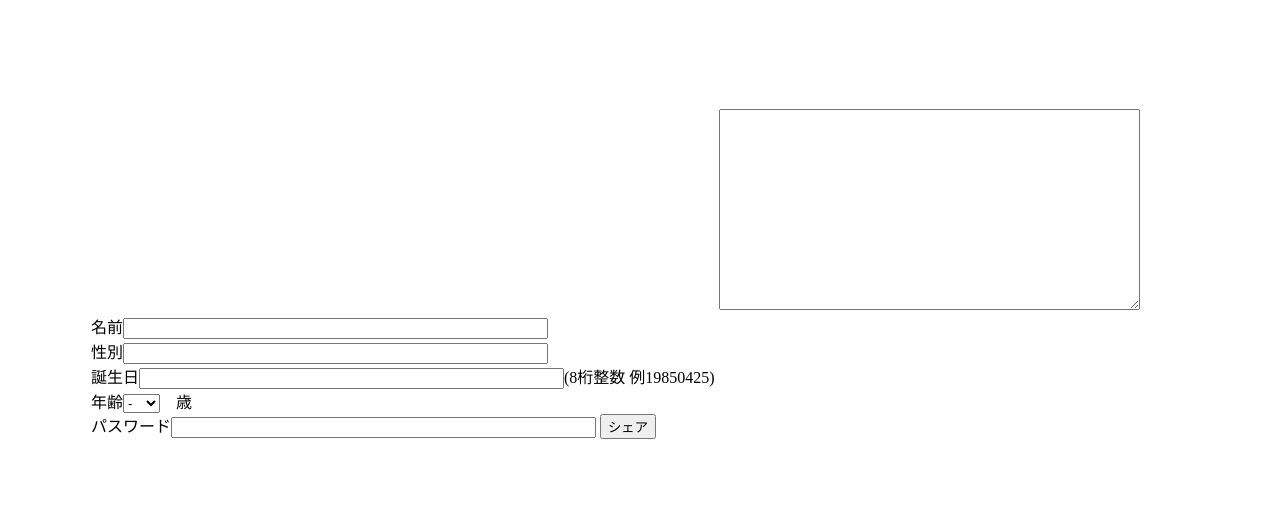
Repository: NaokiSugawara425/poristagram
Page: http://localhost/poristagram/jsp/MypageUpload.jsp
The author's editor kept a copy of each file at every save. The page is drawn from the files as they stood at one save, then again after the next save.
The browser window is 1280 px wide. The pictures show the whole page.
The page is served by Tomcat 9. Other server files are loaded and not shown. The template is opened directly, without the code that normally fills it, so the values that code supplies are empty.

Above is the page before, as saved 2020-06-29 07:50:26.

### webwork/poristagram/WebContent/jsp/MypageUpload.jsp
<%@ page language="java" contentType="text/html; charset=UTF-8"
    pageEncoding="UTF-8"%>
<%@ page import="poristagram.LoginBean" %>
<%@ page import="poristagram.PostBean" %>
<%@ page import="poristagram.FollowerBean" %>
<%@taglib uri="http://java.sun.com/jsp/jstl/core" prefix="c" %>
<!DOCTYPE html PUBLIC "-//W3C//DTD HTML 4.01 Transitional//EN" "http://www.w3.org/TR/html4/loose.dtd">
<html>
<head>
	<meta http-equiv="Content-Type" content="text/html; charset=UTF-8">
	<title>プロフィール</title>
	<style type="text/css">
	table{margin:80px;}
	</style>
</head>
<body>
<form method="POST"  action="./UploadOkController"><br/>
	<table border="0" align="center" >
		<tr>
			<td>
				<div>
					<a>
				 		<img src="${imageUrl }" class="img-circle">
					</a>
				</div>
			</td>
			<td>
				<textarea name="kome" ="自己紹介文を入力（256文字以内）" rows="13" cols="50"></textarea>
			</td>
		</tr>
		<tr>
			<td>
			名前<input type="text" size="50" name="tag1"><br>
			性別<input type="text" size="50" name="tag2"><br>
			誕生日<input type="text" size="50" name="tag3">(8桁整数 例19850425)<br>
			年齢<select name="num">
			<option value="">-</option>
			<option value="0">0</option>
			<option value="1">1</option>
			<option value="2">2</option>
			<option value="3">3</option>
			<option value="4">4</option>
			<option value="5">5</option>
			<option value="6">6</option>
			<option value="7">7</option>
			<option value="8">8</option>
			<option value="9">9</option>
			<option value="10">10</option>
			<option value="11">11</option>
			<option value="12">12</option>
			<option value="13">13</option>
			<option value="14">14</option>
			<option value="15">15</option>
			<option value="16">16</option>
			<option value="17">17</option>
			<option value="18">18</option>
			<option value="19">19</option>
			<option value="20">20</option>
			<option value="21">21</option>
			<option value="22">22</option>
			<option value="23">23</option>
			<option value="24">24</option>
			<option value="25">25</option>
			<option value="26">26</option>
			<option value="27">27</option>
			<option value="28">28</option>
			<option value="29">29</option>
			<option value="30">30</option>
			<option value="31">31</option>
			<option value="32">32</option>
			<option value="33">33</option>
			<option value="34">34</option>
			<option value="35">35</option>
			<option value="36">36</option>
			<option value="37">37</option>
			<option value="38">38</option>
			<option value="39">39</option>
			<option value="40">40</option>
			<option value="41">41</option>
			<option value="42">42</option>
			<option value="43">43</option>
			<option value="44">44</option>
			<option value="45">45</option>
			<option value="46">46</option>
			<option value="47">47</option>
			<option value="48">48</option>
			<option value="49">49</option>
			<option value="50">50</option>
			<option value="51">51</option>
			<option value="52">52</option>
			<option value="53">53</option>
			<option value="54">54</option>
			<option value="55">55</option>
			<option value="56">56</option>
			<option value="57">57</option>
			<option value="58">58</option>
			<option value="59">59</option>
			<option value="60">60</option>
			<option value="61">61</option>
			<option value="62">62</option>
			<option value="63">63</option>
			<option value="64">64</option>
			<option value="65">65</option>
			<option value="66">66</option>
			<option value="67">67</option>
			<option value="68">68</option>
			<option value="69">69</option>
			<option value="70">70</option>
			<option value="71">71</option>
			<option value="72">72</option>
			<option value="73">73</option>
			<option value="74">74</option>
			<option value="75">75</option>
			<option value="76">76</option>
			<option value="77">77</option>
			<option value="78">78</option>
			<option value="79">79</option>
			<option value="80">80</option>
			<option value="81">81</option>
			<option value="82">82</option>
			<option value="83">83</option>
			<option value="84">84</option>
			<option value="85">85</option>
			<option value="86">86</option>
			<option value="87">87</option>
			<option value="88">88</option>
			<option value="89">89</option>
			<option value="90">90</option>
			<option value="91">91</option>
			<option value="92">92</option>
			<option value="93">93</option>
			<option value="94">94</option>
			<option value="95">95</option>
			<option value="96">96</option>
			<option value="97">97</option>
			<option value="98">98</option>
			<option value="99">99</option>
			</select>　歳<br>
			パスワード<input type="password" size="50" name="tag4">
			<input type="submit" value="シェア" />
			</td>
		</tr>
	</table>
</form>
</body>
</html>

After the next save:
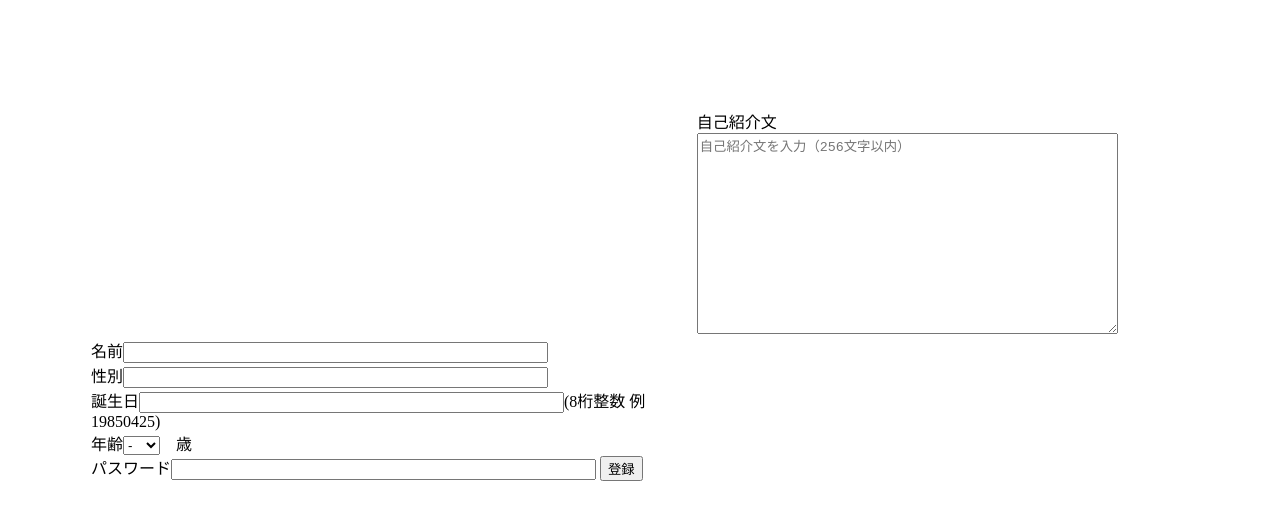
Saved 2 min 34 s later.
--- a/webwork/poristagram/WebContent/jsp/MypageUpload.jsp
+++ b/webwork/poristagram/WebContent/jsp/MypageUpload.jsp
@@ -25,7 +25,7 @@
 				</div>
 			</td>
 			<td>
-				<textarea name="kome" ="自己紹介文を入力（256文字以内）" rows="13" cols="50"></textarea>
+				自己紹介文<textarea name="kome" placeholder = "自己紹介文を入力（256文字以内）" rows="13" cols="50"></textarea>
 			</td>
 		</tr>
 		<tr>
@@ -137,7 +137,7 @@
 			<option value="99">99</option>
 			</select>　歳<br>
 			パスワード<input type="password" size="50" name="tag4">
-			<input type="submit" value="シェア" />
+			<input type="submit" value="登録" />
 			</td>
 		</tr>
 	</table>
